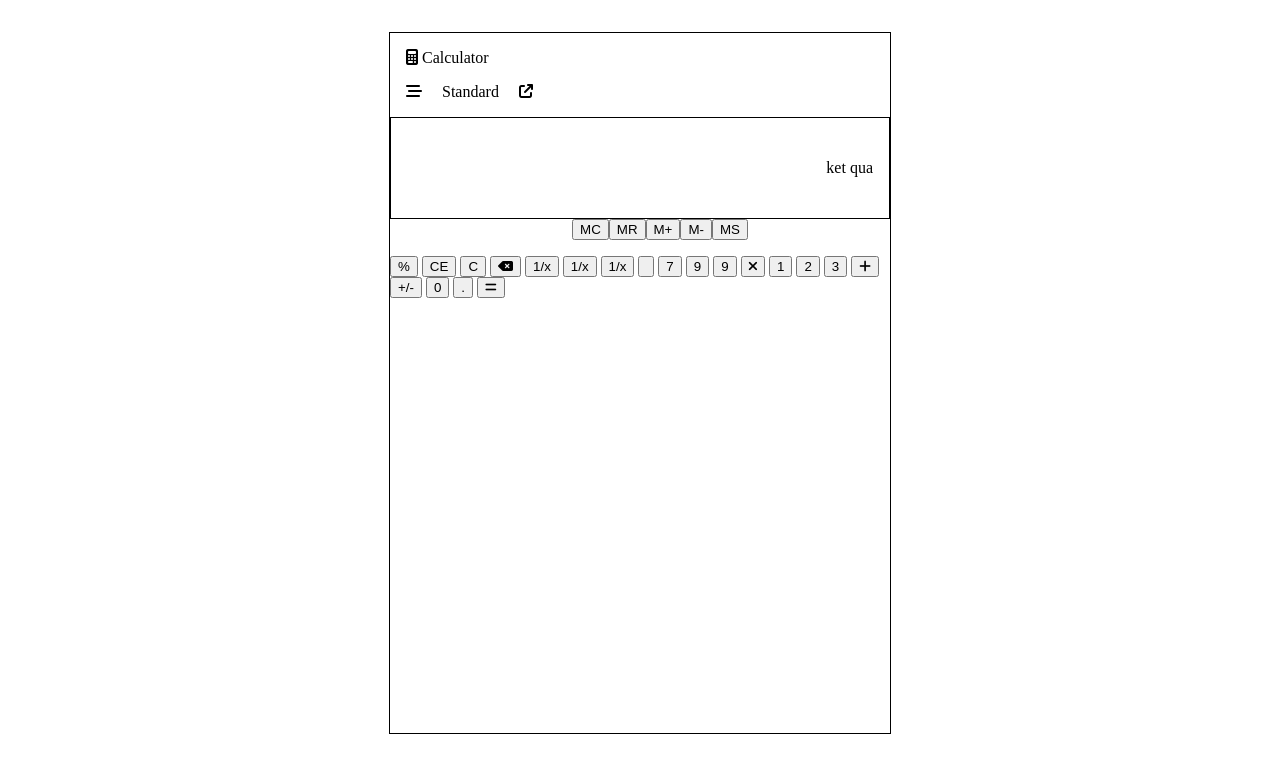
Repository: tungts3qb/Javascript
Page: Calculator/Calculator.html
The author's editor kept a copy of each file at every save. The page is drawn from the files as they stood at one save, then again after the next save.
The browser window is 1280 px wide. The pictures show the whole page.

Above is the page before, as saved 2022-12-26 15:44:52.

After the next save:
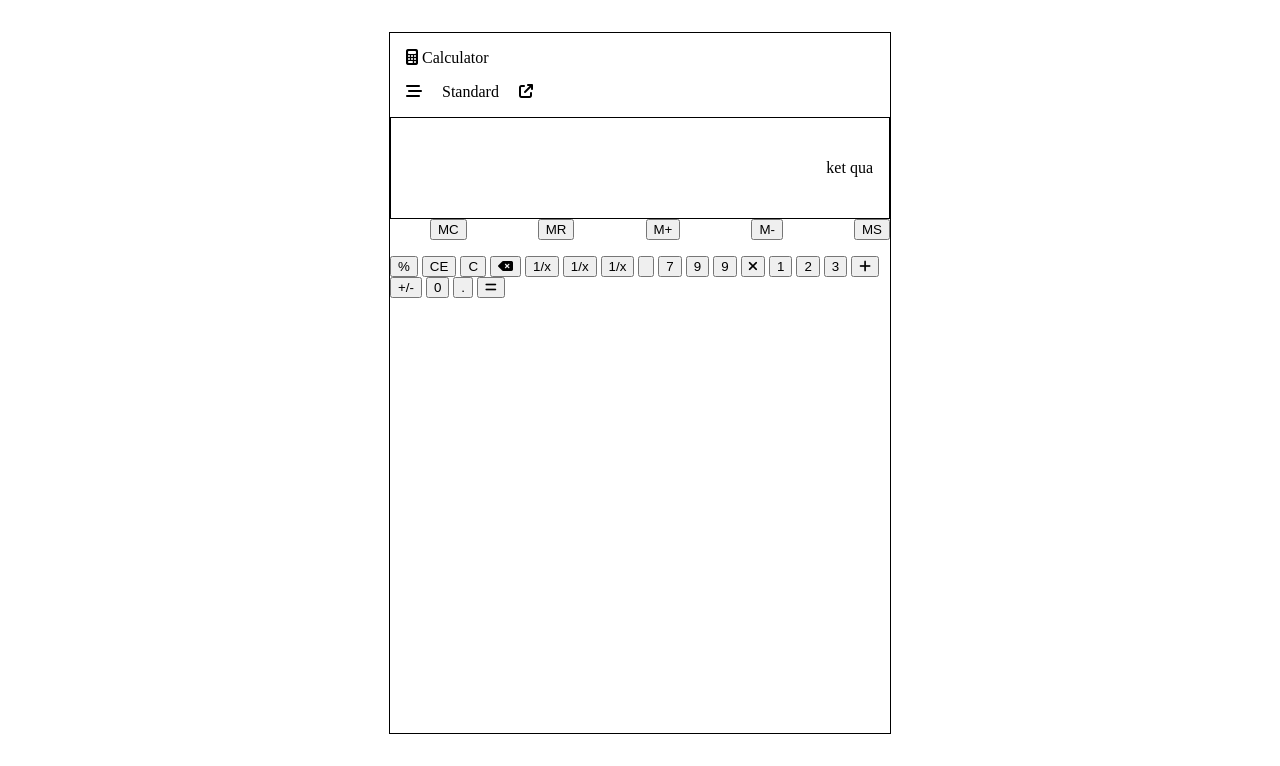
Saved 23 s later.
--- a/Calculator/style.css
+++ b/Calculator/style.css
@@ -34,11 +34,11 @@
   margin-right: 1rem;
 }
 
-.calculator-special-function {
+/* .calculator-special-function {
   display: flex;
   align-items: center;
   justify-content: center;
-}
+} */
 .calculator-special-function ul {
   list-style: none;
   display: flex;
